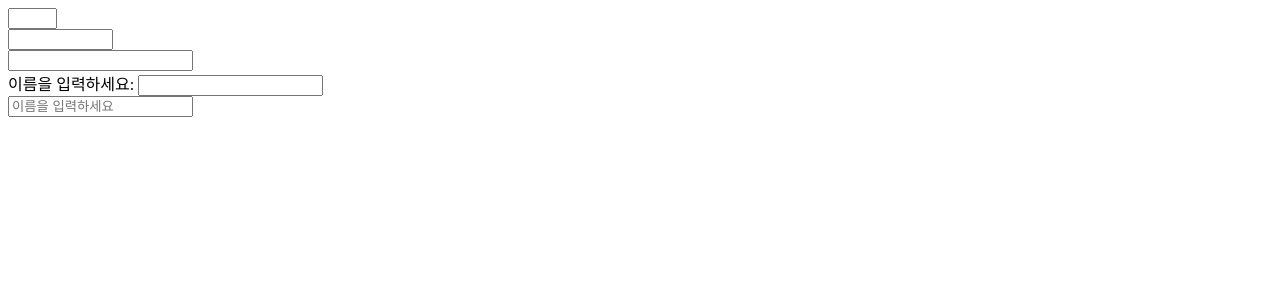
Repository: MegiLove/html_css
Page: day1130/src/main/webapp/inputTest02.html
An editor plug-in stored every save of this project. The page is shown before and after the next save, followed by the edit.
The browser window is 1280 px wide. The pictures show the whole page.

Above is the page before, as saved 2021-11-30 03:14:15.

### day1130/src/main/webapp/inputTest02.html
<!DOCTYPE html>
<html>
<head>
<meta charset="EUC-KR">
<title>Insert title here</title>
</head>
<body>
	<input type="text" size="3"><br>
	<input type="text" size="10"><br>
	<input type="text" maxlength="3"><br>
	이름을 입력하세요: <input type="text"><br>
	 <input type="text" placeholder="이름을 입력하세요">
</body>
</html>

After the next save:
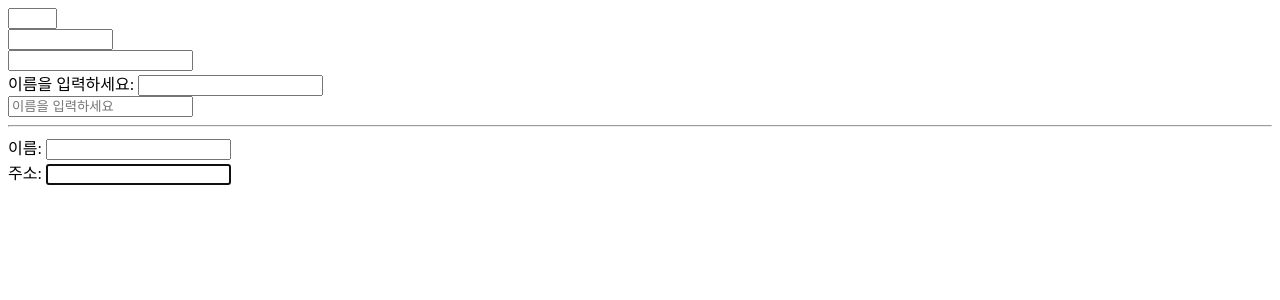
Saved 2 min 2 s later.
--- a/day1130/src/main/webapp/inputTest02.html
+++ b/day1130/src/main/webapp/inputTest02.html
@@ -10,5 +10,9 @@
 	<input type="text" maxlength="3"><br>
 	이름을 입력하세요: <input type="text"><br>
 	 <input type="text" placeholder="이름을 입력하세요">
+
+	 <hr>
+	 이름: <input type="text"><br>
+	 주소: <input type="text" autofocus="autofocus">
 </body>
 </html>
